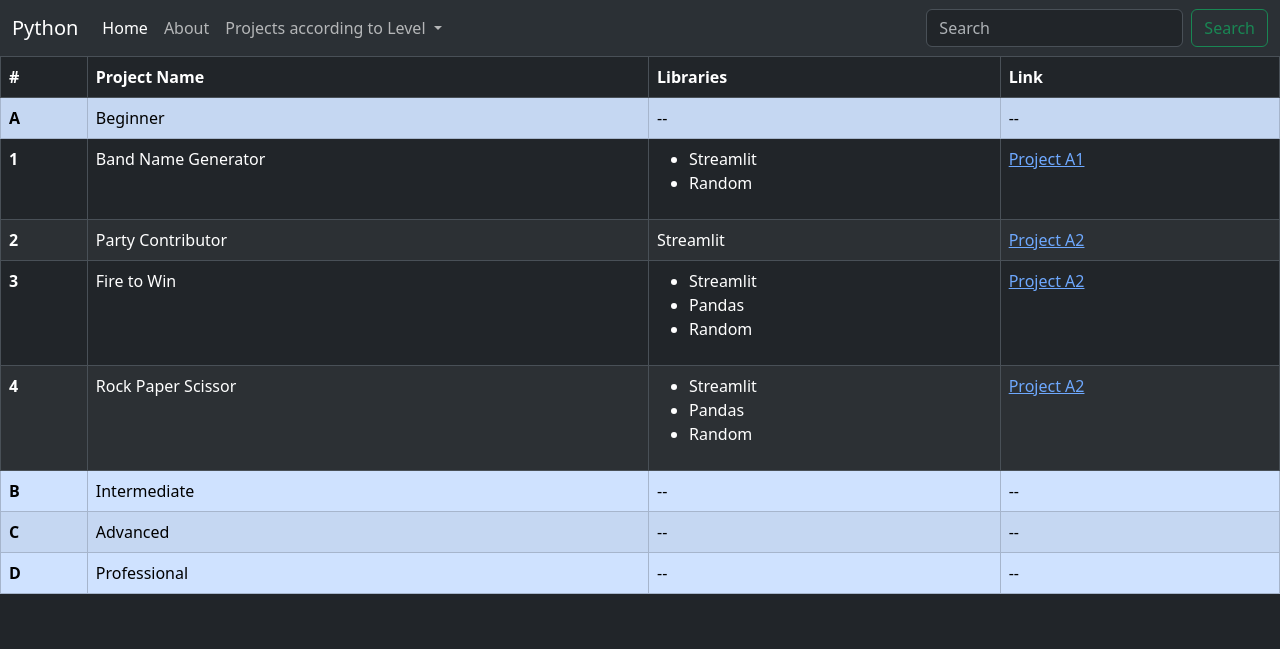
Repository: VictoriousMango/100-Python-Project
Page: index.html
An editor plug-in stored every save of this project. The page is shown before and after the next save, followed by the edit.
The browser window is 1280 px wide. The pictures show the whole page.

Above is the page before, as saved 2024-06-06 16:54:24.

### index.html
<!doctype html>
<html lang="en">
  <head>
    <!-- Required meta tags -->
    <meta charset="utf-8">
    <meta name="viewport" content="width=device-width, initial-scale=1, shrink-to-fit=no">

    <title>100 Python Project</title>
    <!-- Bootstrap CSS -->
    <link href="https://cdn.jsdelivr.net/npm/bootstrap@5.3.3/dist/css/bootstrap.min.css" rel="stylesheet" integrity="sha384-QWTKZyjpPEjISv5WaRU9OFeRpok6YctnYmDr5pNlyT2bRjXh0JMhjY6hW+ALEwIH" crossorigin="anonymous">    </head>

  </head>
  <body  data-bs-theme="dark">
    <nav class="navbar navbar-expand-lg bg-body-tertiary">
      <div class="container-fluid">
        <a href="#" class="navbar-brand" role="button" onclick="Toggling()">Python</a>
        <button class="navbar-toggler" type="button" data-bs-toggle="collapse" data-bs-target="#navbarSupportedContent" aria-controls="navbarSupportedContent" aria-expanded="false" aria-label="Toggle navigation">
          <span class="navbar-toggler-icon"></span>
        </button>
        <div class="collapse navbar-collapse" id="navbarSupportedContent">
          <ul class="navbar-nav me-auto mb-2 mb-lg-0">
            <li class="nav-item">
              <a class="nav-link active" aria-current="page" href="#">Home</a>
            </li>
            <li class="nav-item">
              <a class="nav-link" href="#">About</a>
            </li>
            <li class="nav-item dropdown">
              <a class="nav-link dropdown-toggle" href="#" role="button" data-bs-toggle="dropdown" aria-expanded="true ">
                Projects according to Level
              </a>
              <ul class="dropdown-menu">
                <li><a class="dropdown-item" href="#Beginner">Beginner</a></li>
                <li><a class="dropdown-item" href="#Intermediate">Intermediate</a></li>
                <li><a class="dropdown-item" href="#Advanced">Advanced</a></li>
                <li><a class="dropdown-item" href="#Professional">Professional</a></li>
              </ul>
            </li>
          </ul>
        </div>
          <form class="d-flex" role="search">
            <input class="form-control me-2" type="search" placeholder="Search" aria-label="Search">
            <button class="btn btn-outline-success" type="submit">Search</button>
          </form>
      </div>
    </nav>


    <!-- Tabular Entry Start -->
    <table class="table table-bordered table-striped table table-hover">
      <thead>
        <tr>
          <th scope="col">#</th>
          <th scope="col">Project Name</th>
          <th scope="col">Libraries</th>
          <th scope="col">Link</th>
        </tr>
      </thead>
      <tbody>
        <!-- Beginner Projects -->
        <div class="Beginner" id="Beginner">
          <tr class="table-primary">
            <th scope="row">A</th>
            <td>Beginner</td>
            <td> -- </td>
            <td> -- </td>
          </tr>
          <tr>
            <th scope="row">1</th>
            <td>Band Name Generator</td>
            <td><ul>
              <li>Streamlit</li>
              <li>Random</li>
            </ul></td>
            <td>
              <a href="https://100-python-projectg-rawnndldtq3zp8qrhnm8qe.streamlit.app/Band_Name_Generator"  target="_blank">Project A1</a>
            </td>
          </tr>
          <tr>
            <th scope="row">2</th>
            <td>Party Contributor</td>
            <td> Streamlit </td>
            <td>
              <a href="https://100-python-projectg-rawnndldtq3zp8qrhnm8qe.streamlit.app/Party_Contributor"  target="_blank">Project A2</a>
            </td>
          </tr>
          <tr>
            <th scope="row">3</th>
            <td>Fire to Win</td>
            <td><ul>
              <li>Streamlit</li>
              <li>Pandas</li>
              <li>Random</li>
            </ul></td>
            <td>
              <a href="https://100-python-projectg-rawnndldtq3zp8qrhnm8qe.streamlit.app/Party_Contributor"  target="_blank">Project A2</a>
            </td>
          </tr>
          <tr>
            <th scope="row">4</th>
            <td>Rock Paper Scissor</td>
            <td><ul>
              <li>Streamlit</li>
              <li>Pandas</li>
              <li>Random</li>
            </ul></td>
            <td>
              <a href="https://100-python-projectg-rawnndldtq3zp8qrhnm8qe.streamlit.app/Party_Contributor"  target="_blank">Project A2</a>
            </td>
          </tr>
        </div>

        <!-- Intermediate Project Links -->
        <div class="Intermediate" id="Intermediate">
          <tr class="table-primary">
            <th scope="row">B</th>
            <td>Intermediate</td>
            <td> -- </td>
            <td> -- </td>
          </tr>
        </div>

        <!-- Advanced Project Links -->
        <div class="Advanced" id="Advanced">
          <tr class="table-primary">
            <th scope="row">C</th>
            <td>Advanced</td>
            <td> -- </td>
            <td> -- </td>
          </tr>
        </div>

        <!-- Professional Links -->
        <div class="Professional" id="Professional">
          <tr class="table-primary">
            <th scope="row">D</th>
            <td>Professional</td>
            <td> -- </td>
            <td> -- </td>
          </tr>
        </div>

      </tbody>
    </table>
    <!-- Tabular Entry End -->
    <!-- Including JS -->
    <script src="https://cdn.jsdelivr.net/npm/bootstrap@5.3.3/dist/js/bootstrap.bundle.min.js" integrity="sha384-YvpcrYf0tY3lHB60NNkmXc5s9fDVZLESaAA55NDzOxhy9GkcIdslK1eN7N6jIeHz" crossorigin="anonymous"></script>
    <!-- JS for the web page -->
    <script>
      function Toggling() {
          console.log("Clicked the toggle button")
          console.log()
          var element = document.body;
          element.dataset.bsTheme = element.dataset.bsTheme=="light"?"dark":"light"
      }
  </script>
  </body>
</html>

After the next save:
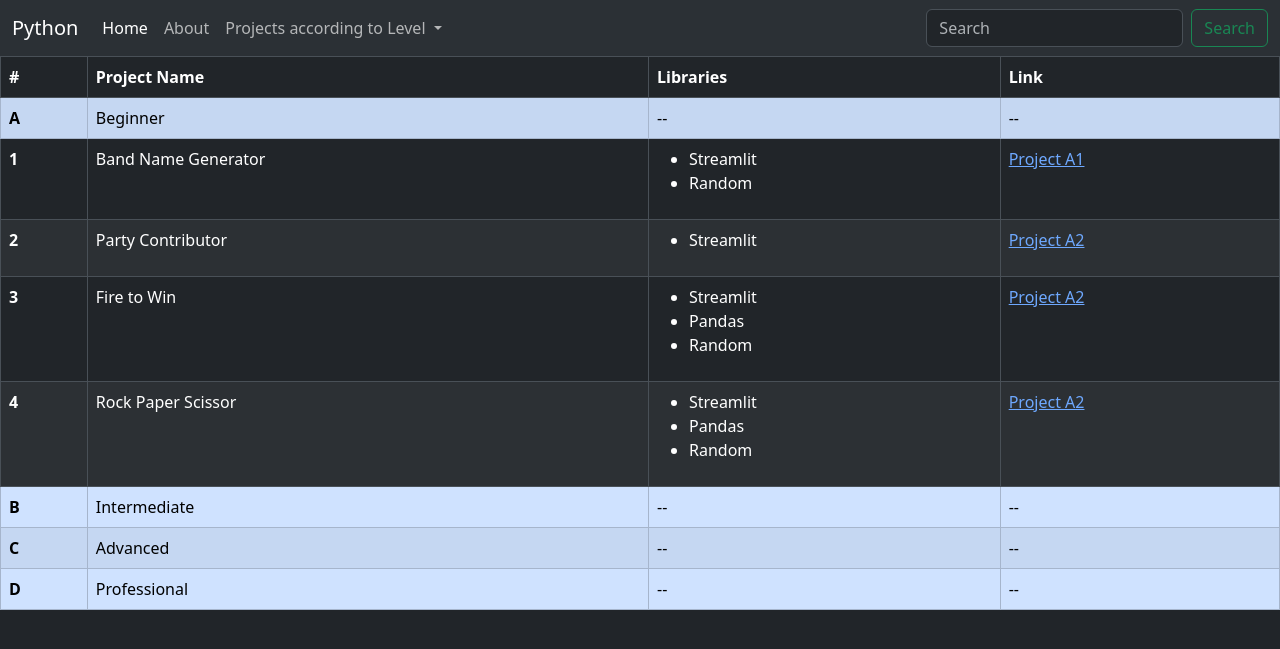
Saved 26 s later.
--- a/index.html
+++ b/index.html
@@ -79,7 +79,7 @@
           <tr>
             <th scope="row">2</th>
             <td>Party Contributor</td>
-            <td> Streamlit </td>
+            <td><ul><li>Streamlit</li></ul></td>
             <td>
               <a href="https://100-python-projectg-rawnndldtq3zp8qrhnm8qe.streamlit.app/Party_Contributor"  target="_blank">Project A2</a>
             </td>
